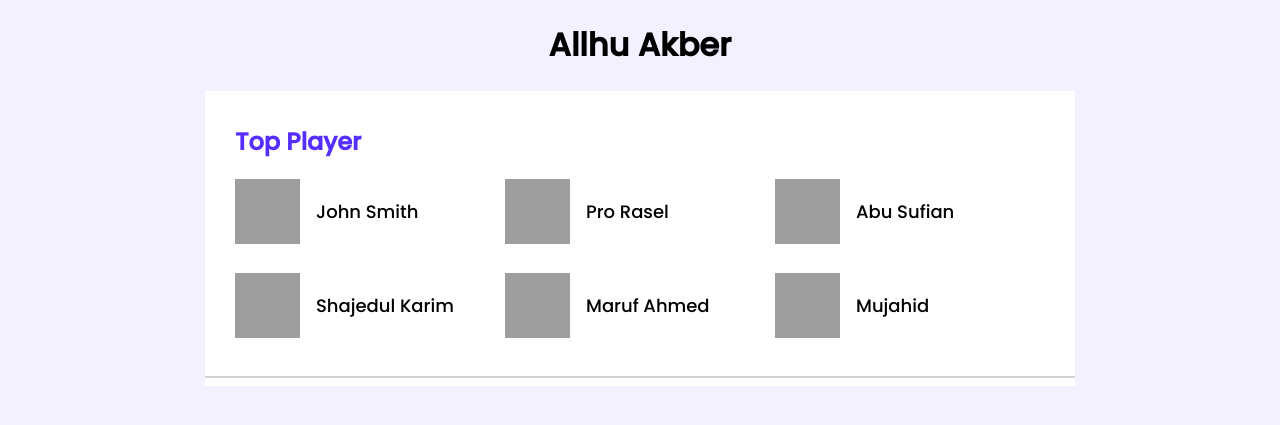
Repository: zjria/leader-board
Page: index.html
These files come from the project's save history. The page is drawn as it stood at one moment and after the next save; the edit follows.
The browser window is 1280 px wide. The pictures show the whole page.
Pictures or frames that could not be fetched are drawn as grey boxes.

Above is the page before, as saved 2022-09-03 09:58:29.

### index.html
<!DOCTYPE html>
<html lang="en">

<head>
    <meta charset="UTF-8">
    <meta http-equiv="X-UA-Compatible" content="IE=edge">
    <meta name="viewport" content="width=device-width, initial-scale=1.0">
    <title>leader-board</title>
    <!-- Custom CSS -->
    <link rel="stylesheet" href="/style/style.css">
</head>

<body>
    <h1>Allhu Akber</h1>
    <!-- Header Section -->
    <header>

    </header>
    <!-- Main Section -->
    <main>
        <section class="container">
            <div class="top-players">
                <h2 class="section-title">Top Player</h2>
                <div class="players">
                    <div class="player">
                        <img src="images/players/player-1.png" alt="">
                        <h3 class="name-title">John Smith</h3>
                    </div>
                    <div class="player">
                        <img src="images/players/player-2.png" alt="">
                        <h3 class="name-title">Pro Rasel</h3>
                    </div>
                    <div class="player">
                        <img src="images/players/player-3.png" alt="">
                        <h3 class="name-title">Abu Sufian</h3>
                    </div>
                    <div class="player">
                        <img src="images/players/player-4.png" alt="">
                        <h3 class="name-title">Shajedul Karim</h3>
                    </div>
                    <div class="player">
                        <img src="images/players/player-5.png" alt="">
                        <h3 class="name-title">Maruf Ahmed</h3>
                    </div>
                    <div class="player">
                        <img src="images/players/player-6.png" alt="">
                        <h3 class="name-title">Mujahid</h3>
                    </div>
                </div>
            </div>
            <hr class="horigantal-line">
        </section>
    </main>
</body>

</html>

### style/style.css
/* Google Fonts */
@import url('https://fonts.googleapis.com/css2?family=Poppins:wght@500&family=Roboto:wght@100;300;400;500;700;900&display=swap');

h1 {
    display: flex;
    justify-content: center;
}

/* Commant CSS Utilitis */
body {
    border: 0px;
    margin: 0px;
    font-family: 'Poppins', sans-serif;
    /* font-family: 'Roboto', sans-serif; */
    background-color: #F3F1FF;
}

/* Top Players Section */
main {
    display: flex;
    justify-content: center;
}

.section-title {
    color: #562EFF;
    font-size: 24px;
}

.container {
    background-color: #FFFFFF;
    width: 870px;
}

.top-players {
    padding: 30px;
}

h2.section-title {
    margin-top: 3px;
}

.players {
    display: grid;
    grid-template-columns: repeat(3, 1fr);
    grid-row-gap: 29px;
}

.player {
    display: flex;
    align-items: center;
}

.player img {
    width: 65px;
    height: 65px;
}

.name-title {
    margin-left: 16px;
    font-size: 18px;
    font-weight: normal;
}

.horigantal-line {
    border: 1px solid #D1D1D1;
}

After the next save:
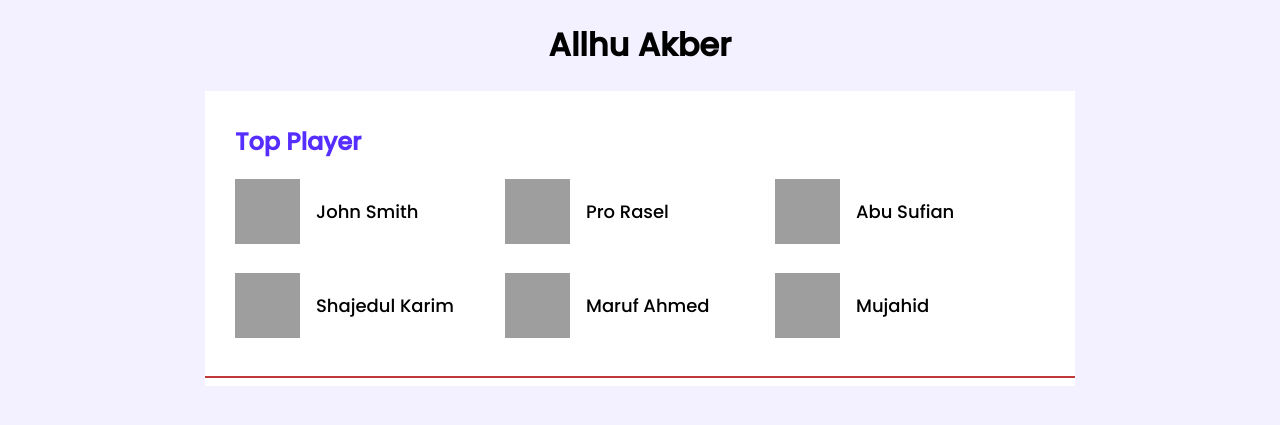
Saved 15 s later.
--- a/style/style.css
+++ b/style/style.css
@@ -62,5 +62,5 @@
 }
 
 .horigantal-line {
-    border: 1px solid #D1D1D1;
+    border: 1px solid #c03838;
 }

After the save that followed:
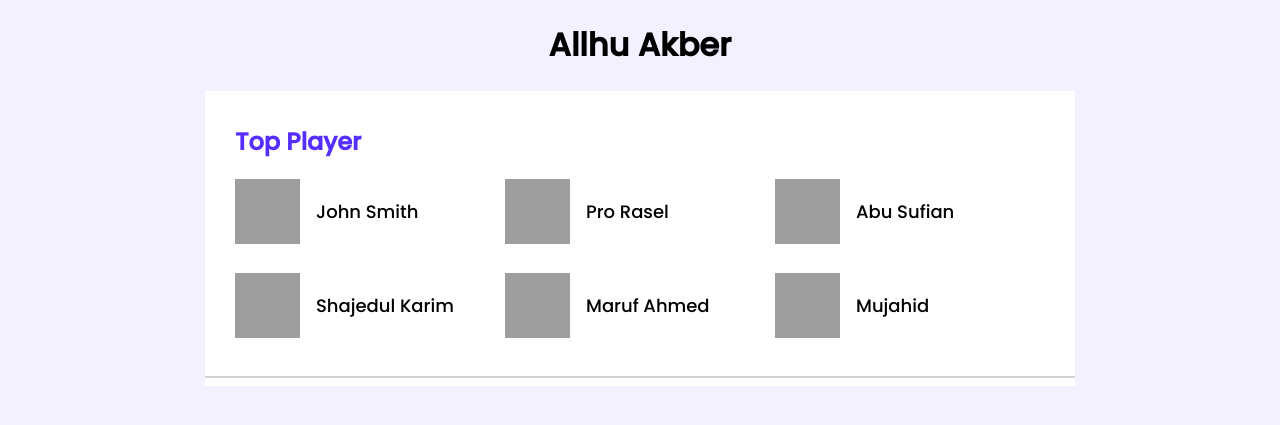
Saved 6 s later.
--- a/style/style.css
+++ b/style/style.css
@@ -62,5 +62,5 @@
 }
 
 .horigantal-line {
-    border: 1px solid #c03838;
+    border: 1px solid #D1D1D1;
 }
